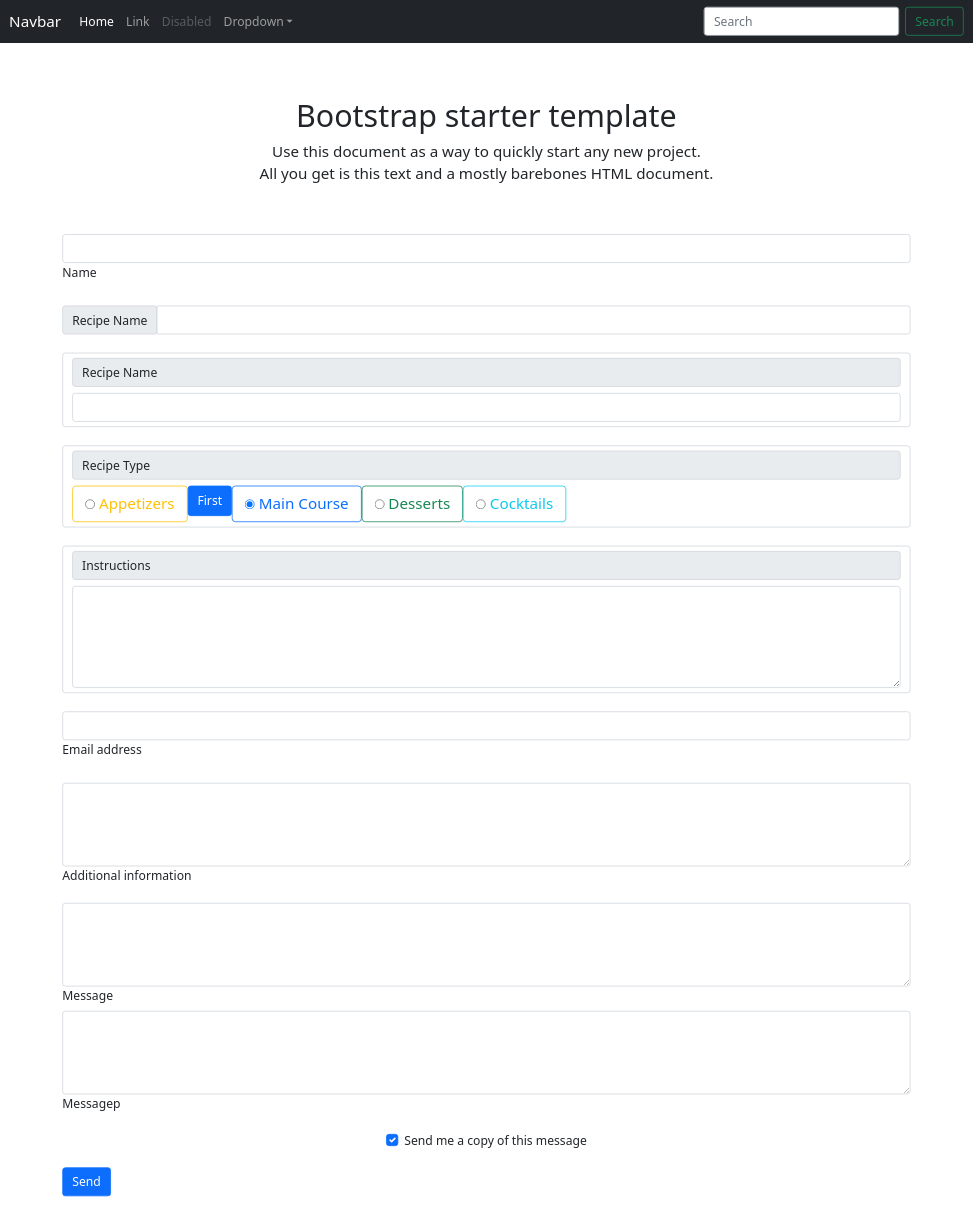
Repository: jerrywthompson/createRecipeWebpageHTML
Page: index.html
An editor plug-in stored every save of this project. The page is shown before and after the next save, followed by the edit.
The browser window is 1280 px wide. The pictures show the whole page, at 76% of full size.

Above is the page before, as saved 2021-02-23 22:49:22.

### index.html
<!doctype html>
<html lang="en">
    <head>
        <meta charset="utf-8">
        <meta name="viewport" content="width=device-width, initial-scale=1">
        <meta name="description" content="">
        <meta name="author" content="Mark Otto, Jacob Thornton, and Bootstrap contributors">
        <meta name="generator" content="Hugo 0.80.0">
        <title>Starter Template · Bootstrap v5.0</title>

        <link rel="canonical" href="https://getbootstrap.com/docs/5.0/examples/starter-template/">



        <!-- Bootstrap core CSS -->
        <link href="../assets/dist/css/bootstrap.min.css" rel="stylesheet">

        <style>
            .bd-placeholder-img {
                font-size: 1.125rem;
                text-anchor: middle;
                -webkit-user-select: none;
                -moz-user-select: none;
                user-select: none;
            }

            @media (min-width: 768px) {
                .bd-placeholder-img-lg {
                    font-size: 3.5rem;
                }
            }
        </style>


        <!-- Custom styles for this template -->
        <link href="starter-template.css" rel="stylesheet">
    </head>
    <body>

        <nav class="navbar navbar-expand-md navbar-dark bg-dark fixed-top">
            <div class="container-fluid">
                <a class="navbar-brand" href="#">Navbar</a>
                <button class="navbar-toggler" type="button" data-bs-toggle="collapse" data-bs-target="#navbarsExampleDefault" aria-controls="navbarsExampleDefault" aria-expanded="false" aria-label="Toggle navigation">
                    <span class="navbar-toggler-icon"></span>
                </button>

                <div class="collapse navbar-collapse" id="navbarsExampleDefault">
                    <ul class="navbar-nav me-auto mb-2 mb-md-0">
                        <li class="nav-item">
                            <a class="nav-link active" aria-current="page" href="#">Home</a>
                        </li>
                        <li class="nav-item">
                            <a class="nav-link" href="#">Link</a>
                        </li>
                        <li class="nav-item">
                            <a class="nav-link disabled" href="#" tabindex="-1" aria-disabled="true">Disabled</a>
                        </li>
                        <li class="nav-item dropdown">
                            <a class="nav-link dropdown-toggle" href="#" id="dropdown01" data-bs-toggle="dropdown" aria-expanded="false">Dropdown</a>
                            <ul class="dropdown-menu" aria-labelledby="dropdown01">
                                <li><a class="dropdown-item" href="#">Action</a></li>
                                <li><a class="dropdown-item" href="#">Another action</a></li>
                                <li><a class="dropdown-item" href="#">Something else here</a></li>
                            </ul>
                        </li>
                    </ul>
                    <form class="d-flex">
                        <input class="form-control me-2" type="search" placeholder="Search" aria-label="Search">
                        <button class="btn btn-outline-success" type="submit">Search</button>
                    </form>
                </div>
            </div>
        </nav>



        <div class="starter-template text-center py-5 px-3">
            <h1>Bootstrap starter template</h1>
            <p class="lead">Use this document as a way to quickly start any new project.<br> All you get is this text and a mostly barebones HTML document.</p>
        </div>
        <main class="container">
            <div class="input-section">
                <fieldset class="form-group">

                    <form action="test.php" method="post">
                        <!-- Name input -->
                        <div class="form-outline mb-4">
                            <input type="text" name="recipeName" id="form4Example1" class="form-control" />
                            <label class="form-label" for="form4Example1">Name</label>
                        </div>

                        <div class="input-group mb-4">
                            <div class="input-group-prepend">
                                <span class="input-group-text" id="inputGroup-sizing-default">Recipe Name</span>
                            </div>
                            <input type="text" name="notes" class="form-control" aria-label="Default" aria-describedby="inputGroup-sizing-default">
                        </div>

                        <div class="form-control mb-4">
                            <div class="input-group-prepend mb-2">
                                <span class="input-group-text" id="inputGroup-sizing-default">Recipe Name</span>
                            </div>
                            <input type="text" name="notes" class="form-control" aria-label="Default" aria-describedby="inputGroup-sizing-default">
                        </div>

                        <div class="form-control mb-4">
                            <div class="input-group-prepend mb-2">
                                <span class="input-group-text" id="inputGroup-sizing-default">Recipe Type</span>
                            </div>
                            <div class="btn-toolbar">
                                <label class="btn btn-outline-warning btn-lg">
                                    <input type="radio" name="recipeType" id="appetizers" value="appetizers" autocomplete="off" > Appetizers
                                </label>
                                <button type="button" class="btn btn-primary mr-2 mb-2">First</button>
                                <label class="btn btn-outline-primary btn-lg ml-3">
                                    <input type="radio" name="recipeType" id="main_course" value="main_course" autocomplete="off" checked> Main Course
                                </label>
                                <label class="btn btn-outline-success btn-lg">
                                    <input type="radio" name="recipeType" id="desserts" value="desserts" autocomplete="off"> Desserts
                                </label>
                                <label class="btn btn-outline-info btn-lg">
                                    <input type="radio" name="recipeType" id="cocktails" value="cocktails" autocomplete="off"> Cocktails
                                </label>
                            </div>
                        </div>

                        <div class="form-control mb-4">
                            <div class="input-group-prepend mb-2">
                                <span class="input-group-text">Instructions</span>
                            </div>
                            <textarea class="form-control" name="instrucions" id="instrucions" rows="5"></textarea>
                        </div>

                        <!-- Email input -->
                        <div class="form-outline mb-4">
                            <input type="email" id="form4Example2" class="form-control" />
                            <label class="form-label" for="form4Example2">Email address</label>
                        </div>

                        <div class="form-outline mb-4">
                            <textarea class="form-control" id="form6Example7" rows="4"></textarea>
                            <label class="form-label-prepend" >Additional information</label>
                        </div>

                        <div class="form-outline">
                            <textarea class="form-control" id="textAreaExample" rows="4"></textarea>
                            <label class="form-label" for="textAreaExample">Message</label>
                          </div>

                        <!-- Message input -->
                        <div class="form-outline mb-4">
                            <textarea class="form-control" name="comments" id="form4Example3" rows="4"></textarea>
                            <label class="form-label-prepend" for="form4Example3">Messagep</label>
                        </div>

                        <!-- Checkbox -->
                        <div class="form-check d-flex justify-content-center mb-4">
                            <input
                                class="form-check-input me-2"
                                type="checkbox"
                                value=""
                                id="form4Example4"
                                checked
                                />
                            <label class="form-check-label" for="form4Example4">
                                Send me a copy of this message
                            </label>
                        </div>

                        <!-- Submit button -->
                        <button type="submit" class="btn btn-primary btn-block mb-4">Send</button>
                    </form>






                    <script src="../assets/dist/js/bootstrap.bundle.min.js"></script>


                    </body>
                    </html>
                    <a href="../flask_db4/flaskblog/templates/create_post.html"></a>

Loaded but not shown: assets/dist/css/bootstrap.min.css (library); starter-template.css (common file); assets/dist/js/bootstrap.bundle.min.js (library)

After the next save:
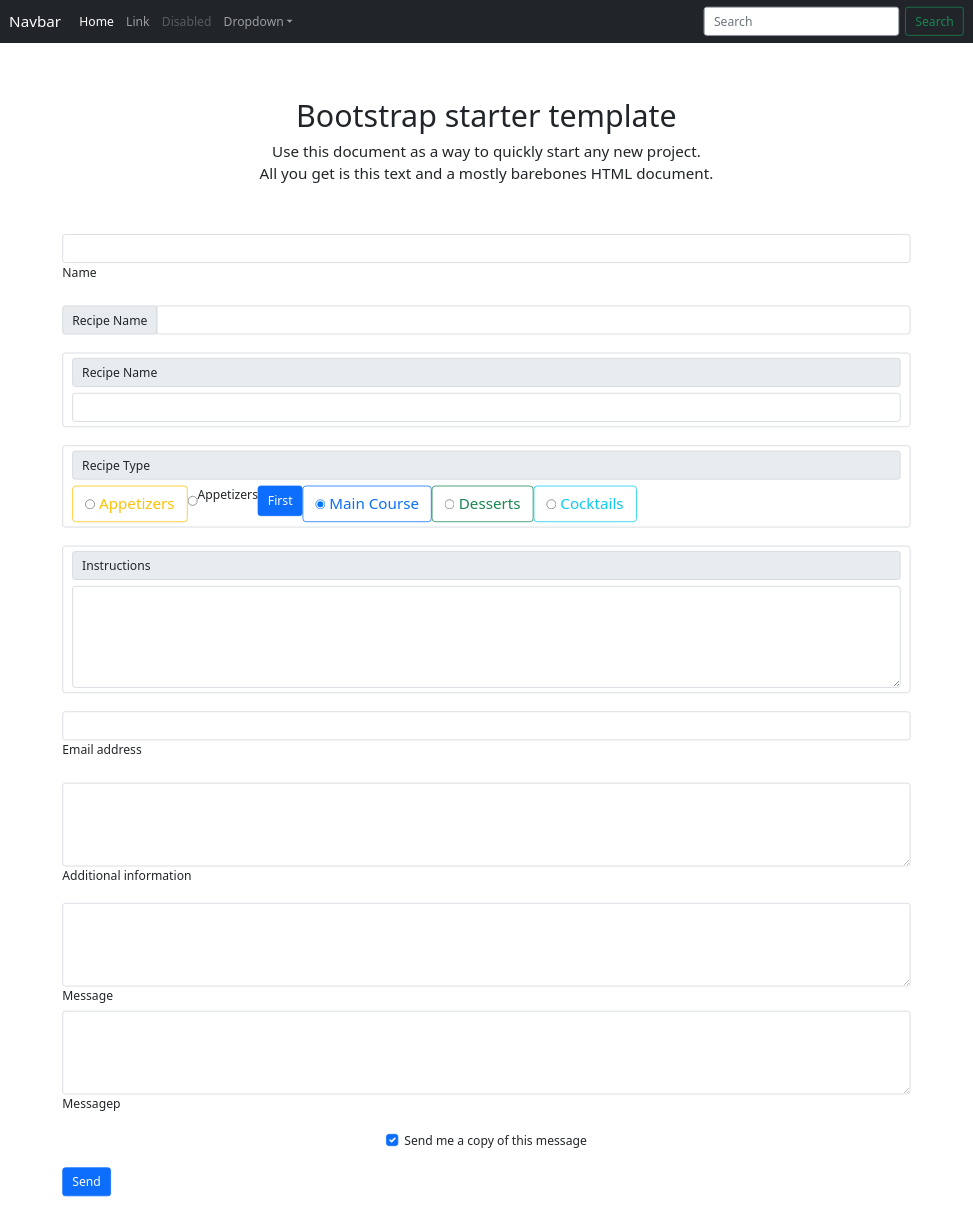
Saved 91 s later.
--- a/index.html
+++ b/index.html
@@ -111,6 +111,7 @@
                                 <label class="btn btn-outline-warning btn-lg">
                                     <input type="radio" name="recipeType" id="appetizers" value="appetizers" autocomplete="off" > Appetizers
                                 </label>
+                                <input type="radio" name="recipeType" id="appetizers" value="appetizers" autocomplete="off" class="btn btn-primary mr-5 mb-2"> Appetizers
                                 <button type="button" class="btn btn-primary mr-2 mb-2">First</button>
                                 <label class="btn btn-outline-primary btn-lg ml-3">
                                     <input type="radio" name="recipeType" id="main_course" value="main_course" autocomplete="off" checked> Main Course
